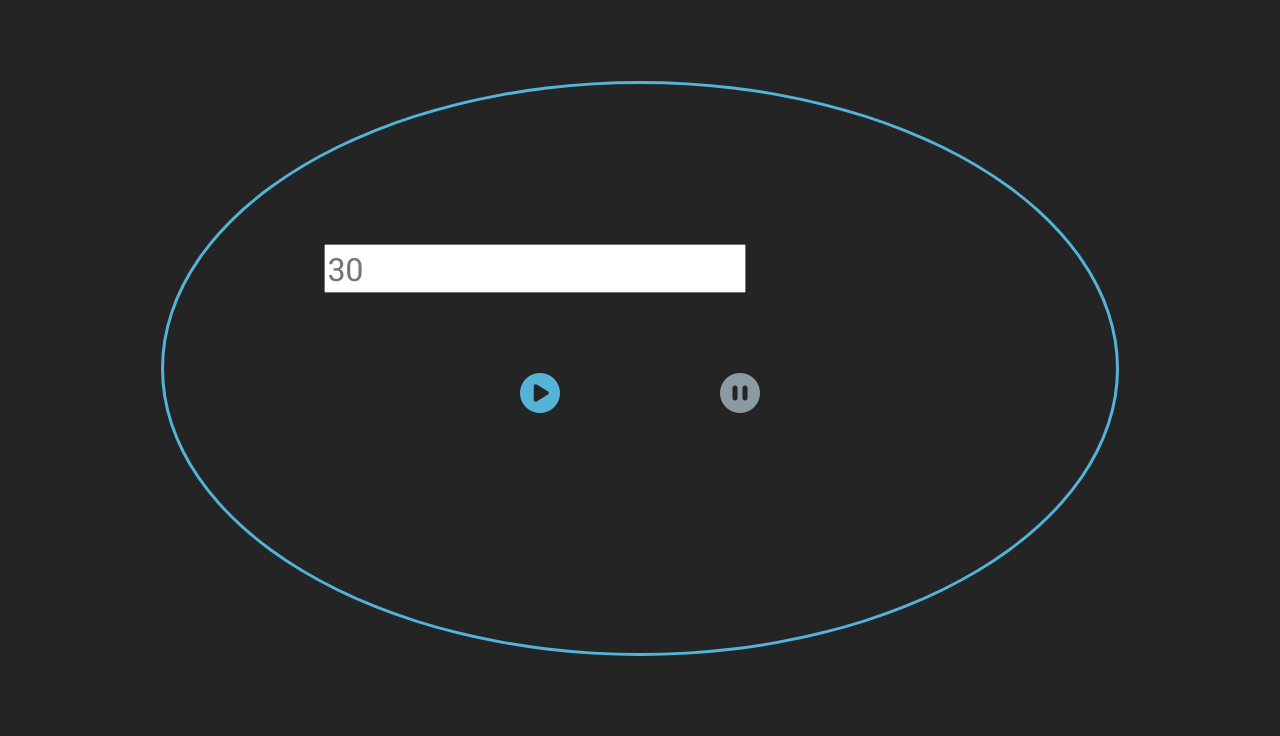
Repository: Sbethm/javascript-challenges
Page: index.html
The author's editor kept a copy of each file at every save. The page is drawn from the files as they stood at one save, then again after the next save.
The browser window is 1280 px wide. The pictures show the whole page.
Some web libraries are served in a nearby version. The style sheet was rebuilt from its Sass, Less or Tailwind sources for each picture, by a compiler version that may differ from the author's.

Above is the page before, as saved 2021-09-17 09:35:20.

After the next save:
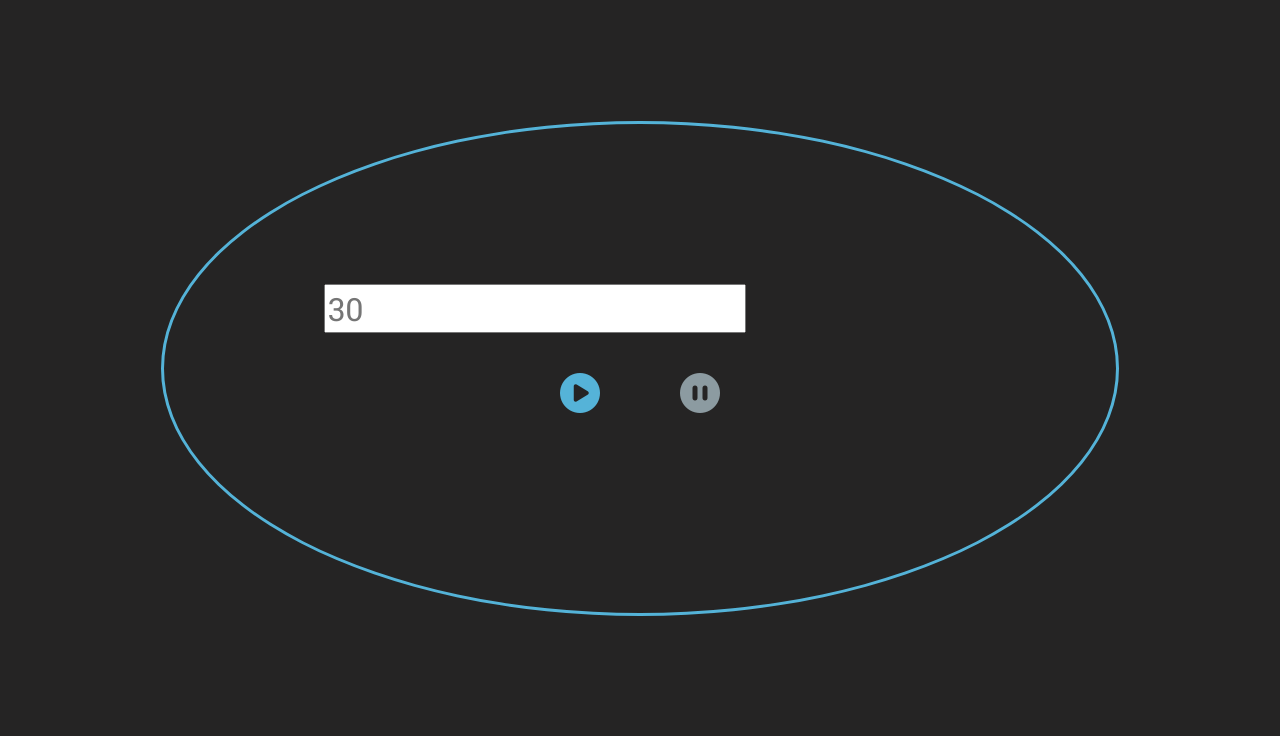
Saved 5 s later.
--- a/SCSS/main.scss
+++ b/SCSS/main.scss
@@ -35,7 +35,7 @@
 }
 
 i {
-    padding: 2em;
+    padding: 1em;
     font-size: clamp(1rem, 75vw, 2.5rem);
 }
 

After the save that followed:
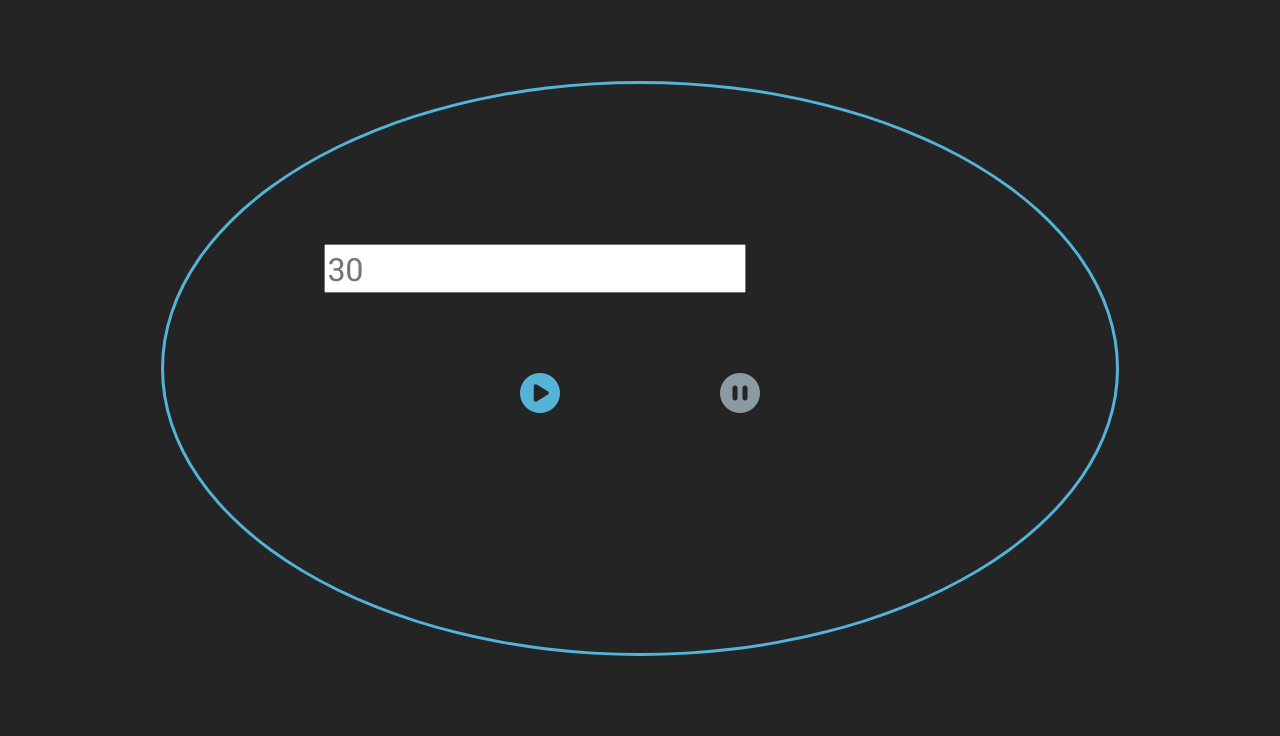
Saved 6 s later.
--- a/SCSS/main.scss
+++ b/SCSS/main.scss
@@ -35,7 +35,7 @@
 }
 
 i {
-    padding: 1em;
+    padding: 2em;
     font-size: clamp(1rem, 75vw, 2.5rem);
 }
 
